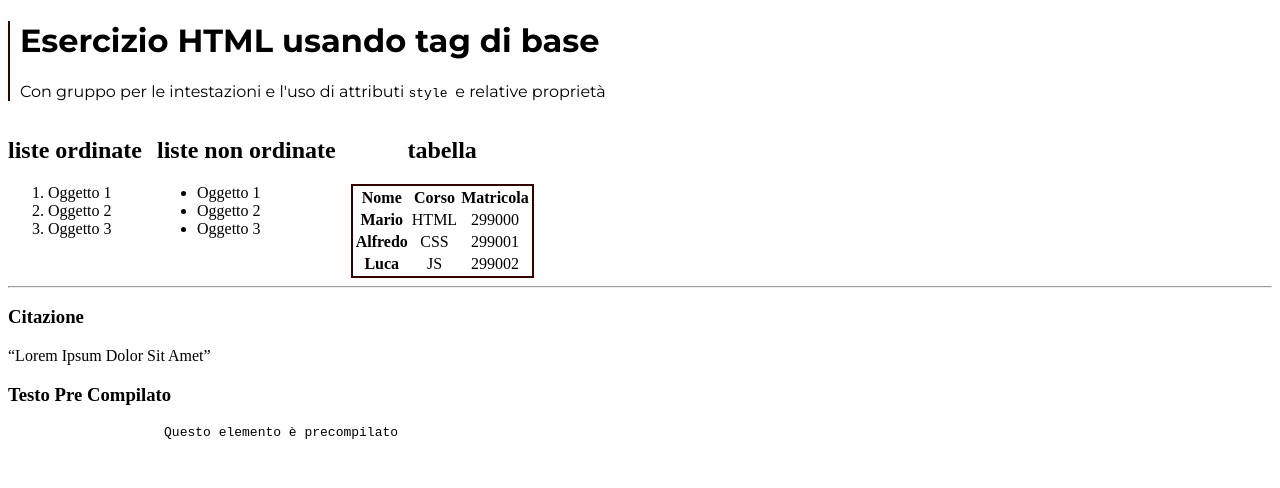
Repository: CryptoFamilyNFT/develhope
Page: html/secondo.html
These files come from the project's save history. The page is drawn as it stood at one moment and after the next save; the edit follows.
The browser window is 1280 px wide. The pictures show the whole page.

Above is the page before, as saved 2024-10-29 19:58:32.

### html/secondo.html
<!DOCTYPE html>
<html lang="en">

<head>
    <meta charset="UTF-8">
    <meta name="viewport" content="width=device-width, initial-scale=1.0">
    <meta name="author" content="Giuseppe Di Loreto">
    <meta description="Descrizione secondo esercizio develhope">
    <meta http-equiv="X-UA-Compatible" content="IE=edge">
    <meta property="og:title" content="Esercizio">
    <meta property="og:description" content="Metadata per esercizio numero 2">
    <meta property="og:author" content="Giuseppe Di Loreto">

    <link rel="apple-touch-icon" sizes="180x180" href="../favicon/apple-touch-icon.png">
    <link rel="icon" type="image/png" sizes="32x32" href="../favicon/favicon-32x32.png">
    <link rel="icon" type="image/png" sizes="16x16" href="../favicon/favicon-16x16.png">

    <link rel="preconnect" href="https://fonts.googleapis.com">
    <link rel="preconnect" href="https://fonts.gstatic.com" crossorigin>
    <link href="https://fonts.googleapis.com/css2?family=Montserrat:ital,wght@0,100..900;1,100..900&display=swap"
        rel="stylesheet">

    <title>Esercizio 2</title>
</head>

<body>
    <header>
        <hgroup style="font-family: Montserrat; border-left: 2px solid #320202; padding-left: 10px;">
            <h1>
                Esercizio HTML usando tag di base
            </h1>
            <p>
                Con gruppo per le intestazioni e l'uso di attributi <code> style </code> e relative proprietà
            </p>
        </hgroup>
    </header>

    <main>
        <div style="display: flex; flex-direction: row; gap: 15px">
            <div>
                <h2>liste ordinate</h2>
                <ol>
                    <li>Oggetto 1</li>
                    <li>Oggetto 2</li>
                    <li>Oggetto 3</li>
                </ol>
            </div>

            <div>
                <h2>liste non ordinate</h2>
                <ul>
                    <li>Oggetto 1</li>
                    <li>Oggetto 2</li>
                    <li>Oggetto 3</li>
                </ul>
            </div>

            <div style="text-align: center; margin-bottom: auto;">
                <h2>tabella</h2>
                <table style="border: 2px solid #320202;">
                    <thead>
                        <th scope="col">
                            Nome
                        </th>
                        <th scope="col">
                            Corso
                        </th>
                        <th scope="col">
                            Matricola
                        </th>
                    </thead>
                    <tbody>
                        <tr>
                            <th scope="row">Mario</th>
                            <td>HTML</td>
                            <td>299000</td>
                        </tr>
                        <tr>
                            <th scope="row">Alfredo</th>
                            <td>CSS</td>
                            <td>299001</td>
                        </tr>
                        <tr>
                            <th scope="row">Luca</th>
                            <td>JS</td>
                            <td>299002</td>
                        </tr>
                    </tbody>
                </table>
            </div>
        </div>
        <hr/>
        <div>
            <div>
                <h3>
                    Citazione
                </h3>
                <q>Lorem Ipsum Dolor Sit Amet</q>
            </div>
            <div>
                <h3>
                    Testo Pre Compilato
                </h3>
                <pre>
                    Questo elemento è precompilato
                </pre>
            </div>
        </div>
    </main>

    <footer>

    </footer>

</body>

</html>

After the next save:
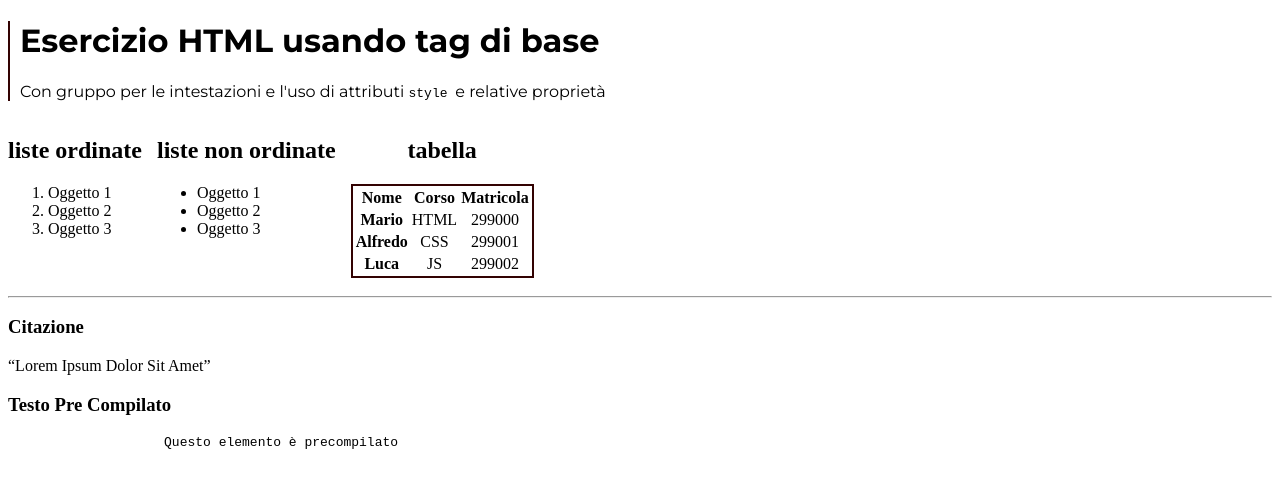
Saved 8 s later.
--- a/html/secondo.html
+++ b/html/secondo.html
@@ -55,7 +55,7 @@
                 </ul>
             </div>
 
-            <div style="text-align: center; margin-bottom: auto;">
+            <div style="text-align: center; margin-bottom: 10px;">
                 <h2>tabella</h2>
                 <table style="border: 2px solid #320202;">
                     <thead>
